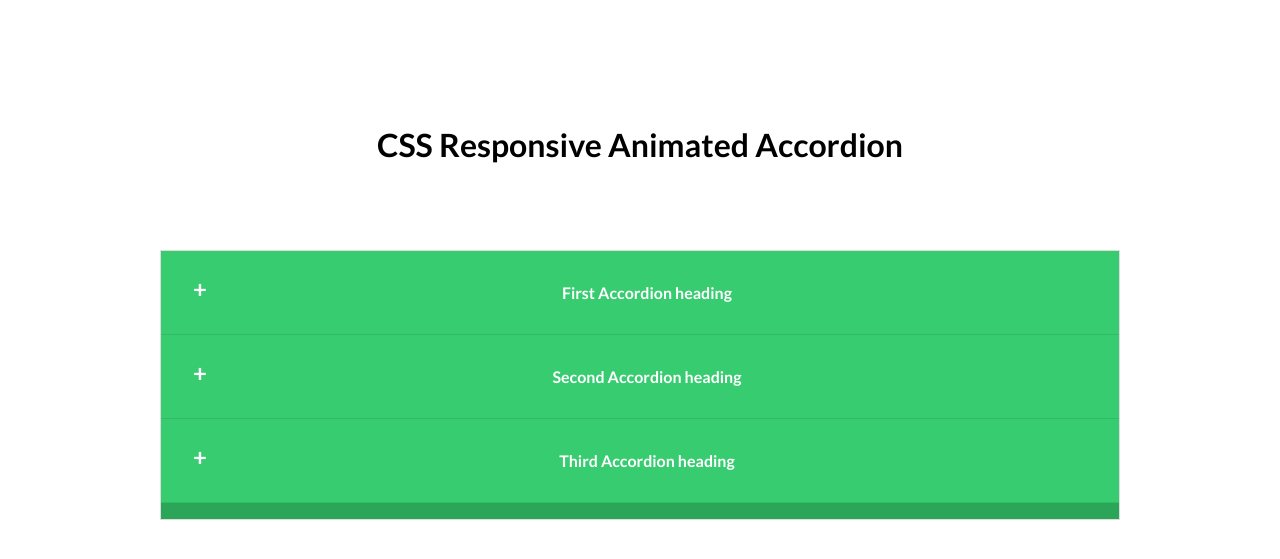
Repository: Imprasna/personalperform
Page: index.html
The author's editor kept a copy of each file at every save. The page is drawn from the files as they stood at one save, then again after a run of saves.
The browser window is 1280 px wide. The pictures show the whole page.
The style sheet was rebuilt from its Sass, Less or Tailwind sources for each picture, by a compiler version that may differ from the author's.

Above is the page before, as saved 2021-12-30 22:15:36.

### index.html
<!DOCTYPE html>
<html lang="en">

<head>
    <meta charset="UTF-8">
    <meta http-equiv="X-UA-Compatible" content="IE=edge">
    <meta name="viewport" content="width=device-width, initial-scale=1.0">
    <link rel="stylesheet" href="css/accordion.css">
    <title>Prasanna's Performance Tests</title>
</head>

<body>
    <div class="container">
        <h1 class="heading-primary">CSS Responsive Animated Accordion</h1>
        <div class="accordion">
            <dl>
                <dt>
                    <a href="#accordion1" aria-expanded="false" aria-controls="accordion1"
                        class="accordion-title accordionTitle js-accordionTrigger">First Accordion heading</a>
                </dt>
                <dd class="accordion-content accordionItem is-collapsed" id="accordion1" aria-hidden="true">
                    <p>Lorem ipsum dolor sit amet, consectetur <a href="https://www.google.com">Test</a>adipiscing elit.
                        Morbi eu interdum diam. Donec interdum porttitor risus non bibendum. Maecenas sollicitudin eros
                        in quam imperdiet placerat. Cras justo purus, rhoncus nec lobortis ut, iaculis vel ipsum. Donec
                        dignissim arcu nec elit faucibus condimentum. Donec facilisis consectetur enim sit amet varius.
                        Pellentesque justo dui, sodales quis luctus a, iaculis eget mauris. </p>
                    <p>Aliquam dapibus, ante quis fringilla feugiat, mauris risus condimentum massa, at elementum libero
                        quam ac ligula. Pellentesque at rhoncus dolor. Duis porttitor nibh ut lobortis aliquam. Nullam
                        eu dolor venenatis mauris placerat tristique eget id dolor. Quisque blandit adipiscing erat
                        vitae dapibus. Nulla aliquam magna nec elementum tincidunt.</p>
                </dd>
                <dt>
                    <a href="#accordion2" aria-expanded="false" aria-controls="accordion2"
                        class="accordion-title accordionTitle js-accordionTrigger">
                        Second Accordion heading</a>
                </dt>
                <dd class="accordion-content accordionItem is-collapsed" id="accordion2" aria-hidden="true">
                    <p>Lorem ipsum dolor sit amet, consectetur adipiscing elit. Morbi eu interdum diam. Donec interdum
                        porttitor risus non bibendum. Maecenas sollicitudin eros in quam imperdiet placerat. Cras justo
                        purus, rhoncus nec lobortis ut, iaculis vel ipsum. Donec dignissim arcu nec elit faucibus
                        condimentum. Donec facilisis consectetur enim sit amet varius. Pellentesque justo dui, sodales
                        quis luctus a, iaculis eget mauris. </p>
                    <p>Aliquam dapibus, ante quis fringilla feugiat, mauris risus condimentum massa, at elementum libero
                        quam ac ligula. Pellentesque at rhoncus dolor. Duis porttitor nibh ut lobortis aliquam. Nullam
                        eu dolor venenatis mauris placerat tristique eget id dolor. Quisque blandit adipiscing erat
                        vitae dapibus. Nulla aliquam magna nec elementum tincidunt.</p>
                </dd>

                <dt>
                    <a href="#accordion3" aria-expanded="false" aria-controls="accordion3"
                        class="accordion-title accordionTitle js-accordionTrigger">
                        Third Accordion heading
                    </a>
                </dt>
                <dd class="accordion-content accordionItem is-collapsed" id="accordion3" aria-hidden="true">
                    <p>Lorem ipsum dolor sit amet, consectetur adipiscing elit. Morbi eu interdum diam. Donec interdum
                        porttitor risus non bibendum. Maecenas sollicitudin eros in quam imperdiet placerat. Cras justo
                        purus, rhoncus nec lobortis ut, iaculis vel ipsum. Donec dignissim arcu nec elit faucibus
                        condimentum. Donec facilisis consectetur enim sit amet varius. Pellentesque justo dui, sodales
                        quis luctus a, iaculis eget mauris. </p>
                    <p>Aliquam dapibus, ante quis fringilla feugiat, mauris risus condimentum massa, at elementum libero
                        quam ac ligula. Pellentesque at rhoncus dolor. Duis porttitor nibh ut lobortis aliquam. Nullam
                        eu dolor venenatis mauris placerat tristique eget id dolor. Quisque blandit adipiscing erat
                        vitae dapibus. Nulla aliquam magna nec elementum tincidunt.</p>
                </dd>
            </dl>
        </div>
    </div>

    <script src="app.js"></script>
</body>

</html>

### app.js
//uses classList, setAttribute, and querySelectorAll
//if you want this to work in IE8/9 youll need to polyfill these
(function(){
	var d = document,
	accordionToggles = d.querySelectorAll('.js-accordionTrigger'),
	setAria,
	setAccordionAria,
	switchAccordion,
  touchSupported = ('ontouchstart' in window),
  pointerSupported = ('pointerdown' in window);

  skipClickDelay = function(e){
    e.preventDefault();
    e.target.click();
  }

		setAriaAttr = function(el, ariaType, newProperty){
		el.setAttribute(ariaType, newProperty);
	};
	setAccordionAria = function(el1, el2, expanded){
		switch(expanded) {
      case "true":
      	setAriaAttr(el1, 'aria-expanded', 'true');
      	setAriaAttr(el2, 'aria-hidden', 'false');
      	break;
      case "false":
      	setAriaAttr(el1, 'aria-expanded', 'false');
      	setAriaAttr(el2, 'aria-hidden', 'true');
      	break;
      default:
				break;
		}
	};
//function
switchAccordion = function(e) {
  console.log("triggered");
	e.preventDefault();
	var thisAnswer = e.target.parentNode.nextElementSibling;
	var thisQuestion = e.target;
	if(thisAnswer.classList.contains('is-collapsed')) {
		setAccordionAria(thisQuestion, thisAnswer, 'true');
	} else {
		setAccordionAria(thisQuestion, thisAnswer, 'false');
	}
  	thisQuestion.classList.toggle('is-collapsed');
  	thisQuestion.classList.toggle('is-expanded');
		thisAnswer.classList.toggle('is-collapsed');
		thisAnswer.classList.toggle('is-expanded');

  	thisAnswer.classList.toggle('animateIn');
	};
	for (var i=0,len=accordionToggles.length; i<len; i++) {
		if(touchSupported) {
      accordionToggles[i].addEventListener('touchstart', skipClickDelay, false);
    }
    if(pointerSupported){
      accordionToggles[i].addEventListener('pointerdown', skipClickDelay, false);
    }
    accordionToggles[i].addEventListener('click', switchAccordion, false);
  }
})();

### accordion.scss

//updated ver
* {
    box-sizing:border-box;
  }
  @import url(https://fonts.googleapis.com/css?family=Lato:400,700);
  body {

    font-family:'Lato';
  }
  .heading-primary {
    font-size:2em;
    padding:2em;
    text-align:center;
  }
  .accordion dl,
  .accordion-list {
     border:1px solid #ddd;
     &:after {
         content: "";
         display:block;
         height:1em;
         width:100%;
         background-color:darken(#38cc70, 10%);
       }
  }
  .accordion dd,
  .accordion__panel {
     background-color:#eee;
     font-size:1em;
     line-height:1.5em;
  }
  .accordion p {
    padding:1em 2em 1em 2em;
  }

  .accordion {
      position:relative;
      background-color:#eee;
  }
  .container {
    max-width:960px;
    margin:0 auto;
    padding:2em 0 2em 0;
  }
  .accordionTitle,
  .accordion__Heading {
   background-color:#38cc70;
     text-align:center;
       font-weight:700;
            padding:2em;
            display:block;
            text-decoration:none;
            color:#fff;
            transition:background-color 0.5s ease-in-out;
    border-bottom:1px solid darken(#38cc70, 5%);
    &:before {
     content: "+";
     font-size:1.5em;
     line-height:0.5em;
     float:left;
     transition: transform 0.3s ease-in-out;
    }
    &:hover {
      background-color:darken(#38cc70, 10%);
    }
  }
  .accordionTitleActive,
  .accordionTitle.is-expanded {
     background-color:darken(#38cc70, 10%);
      &:before {

        transform:rotate(-225deg);
      }
  }
  .accordionItem {
      height:auto;
      overflow:hidden;
      //SHAME: magic number to allow the accordion to animate

       max-height:50em;
      transition:max-height 1s;


      @media screen and (min-width:48em) {
           max-height:15em;
          transition:max-height 0.5s

      }


  }

  .accordionItem.is-collapsed {
      max-height:0;
  }
  .no-js .accordionItem.is-collapsed {
    max-height: auto;
  }
  .animateIn {
       animation: accordionIn 0.45s normal ease-in-out both 1;
  }
  .animateOut {
       animation: accordionOut 0.45s alternate ease-in-out both 1;
  }
  @keyframes accordionIn {
    0% {
      opacity: 0;
      transform:scale(0.9) rotateX(-60deg);
      transform-origin: 50% 0;
    }
    100% {
      opacity:1;
      transform:scale(1);
    }
  }

  @keyframes accordionOut {
      0% {
         opacity: 1;
         transform:scale(1);
       }
       100% {
            opacity:0;
             transform:scale(0.9) rotateX(-60deg);
         }
  }

After the next 2 saves:
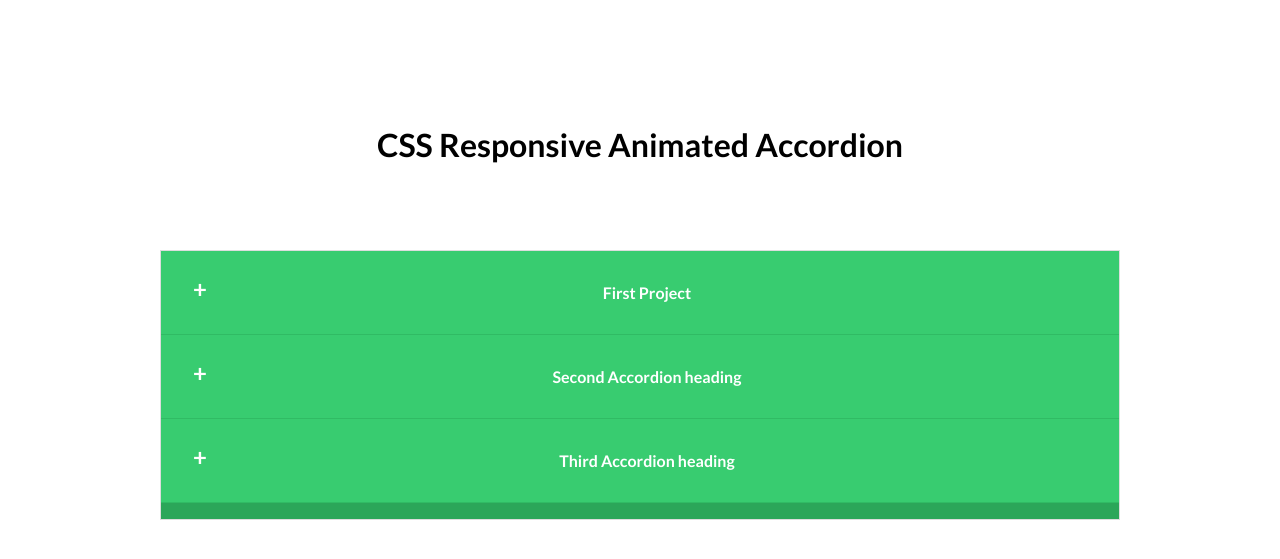
The 2 saves are shown as one change because they came seconds apart.
The last was saved 17 s later.
--- a/index.html
+++ b/index.html
@@ -16,7 +16,7 @@
             <dl>
                 <dt>
                     <a href="#accordion1" aria-expanded="false" aria-controls="accordion1"
-                        class="accordion-title accordionTitle js-accordionTrigger">First Accordion heading</a>
+                        class="accordion-title accordionTitle js-accordionTrigger">First Project</a>
                 </dt>
                 <dd class="accordion-content accordionItem is-collapsed" id="accordion1" aria-hidden="true">
                     <p>Lorem ipsum dolor sit amet, consectetur <a href="https://www.google.com">Test</a>adipiscing elit.
